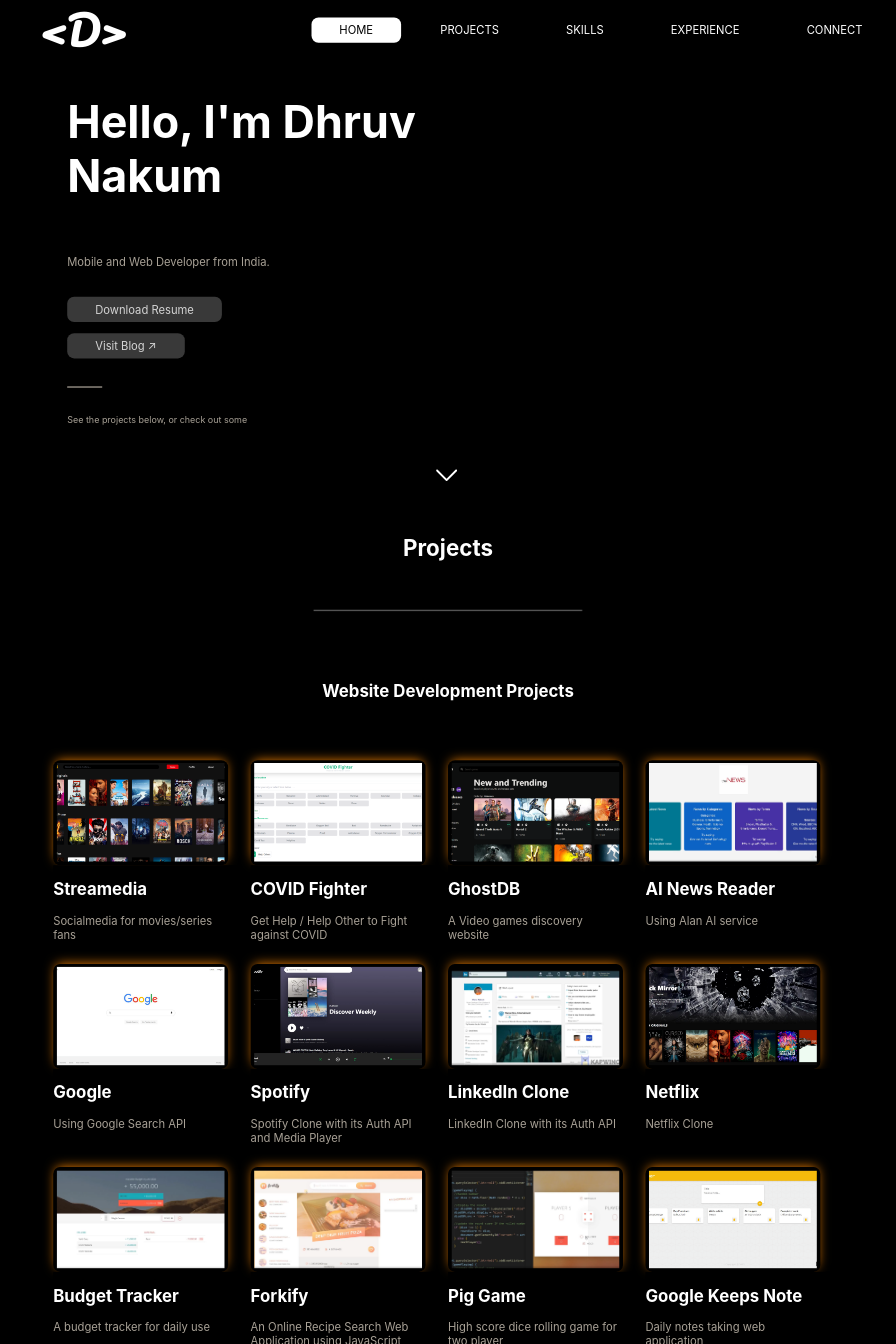
Repository: red-star25/next-portfolio
Page: /
The author's editor kept a copy of each file at every save. The page is drawn from the files as they stood at one save, then again after the next save.
The browser window is 1280 px wide. The pictures show the part of the page from y = 0 to 1920 px (the page is 5386 px tall), at 70% of full size.
The project was rebuilt for these pictures with package versions that can differ from the ones it lists, and the page was loaded fresh each time. The framework's server and built-in components were replaced by stand-ins that run in the browser.

Above is the page before, as saved 2023-11-06 11:22:06.

### styles/globals.css
@import url("https://fonts.googleapis.com/css2?family=Ubuntu&display=swap");

html,
body {
  scroll-behavior: smooth;

  padding: 0;
  margin: 0;
  font-family: -apple-system, BlinkMacSystemFont, "Ubuntu", Segoe UI, Roboto,
    Oxygen, Ubuntu, Cantarell, Fira Sans, Droid Sans, Helvetica Neue, sans-serif;
}

a {
  color: inherit;
  text-decoration: none;
}

* {
  box-sizing: border-box;
  background-color: black;
}

/* width */
::-webkit-scrollbar {
  width: 15px;
}

/* Track */
::-webkit-scrollbar-track {
  background: white;
}

/* Handle */
::-webkit-scrollbar-thumb {
  background: grey;
}

/* Handle on hover */
::-webkit-scrollbar-thumb:hover {
  background: #555;
}

### styles/App.module.css
.app {
  width: 100%;
  overflow: hidden;
}

.app__home {
  margin-top: 4em;
  height: 70vh;
  width: 100%;
  display: flex;
  align-items: center;
  justify-content: flex-start;
}

.app__scrollDownIndicator {
  display: flex;
  justify-content: center;
  align-items: center;
  padding: 1em 0;
  background-color: black;
  margin-top: 5em;
}
.app__scrollDownIndicator > img {
  height: 30px;
  width: 30px;
}

@media only screen and (max-width: 520px) {
  .app__scrollDownIndicator {
    margin-top: 1em;
  }
}

### component/Header/Header.jsx
import styles from "../../styles/Header.module.css";
import React, { useEffect, useRef, useState } from "react";
import { motion } from "framer-motion";

function Header({ isVisible }) {
  const [selectedLink, setSelectedLink] = useState("home");
  const [isMenuOpen, setIsMenuOpen] = useState(false);
  const [headerClass, setHeaderClass] = useState(styles.header);
  const [headerLogoClass, setHeaderLogoClass] = useState(styles.header__logo);

  const onLinkClicked = (linkName) => {
    if (linkName === "home") {
      window.scrollTo(0, 0);
    }
    setSelectedLink(linkName);
  };

  return (
    <div className={headerClass}>
      {headerClass === styles.header__mob ? (
        <div></div>
      ) : (
        <motion.h1
          animate={{
            x: 0,
            opacity: 1,
            transition: {
              duration: 0.5,
              type: "tween",
              delay: 0.2,
            },
          }}
          initial={{
            opacity: 0,
            x: -100,
          }}
          className={styles.header__logo}
        >
          {"<D>"}
        </motion.h1>
      )}

      <div
        onClick={() => {
          setIsMenuOpen(!isMenuOpen);
          if (headerClass === styles.header__mob) {
            setHeaderClass(styles.header);
          } else {
            setHeaderClass(styles.header__mob);
          }
          if (headerLogoClass === styles.header__logo) {
            setHeaderLogoClass(styles.header__logo__mob);
          } else {
            setHeaderLogoClass(styles.header__logo);
          }
          document
            .querySelector(".header__mobile__links")
            .classList.toggle(styles.open);
        }}
        className={`header__mobile__links ${styles.header__mobile__links} ${styles.header__logo__center} `}
      >
        <motion.img
          src={!isMenuOpen ? "/images/menu.png" : "/images/cancel.png"}
          alt=""
          animate={{
            opacity: 1,
            transition: {
              duration: 0.5,
              type: "tween",
            },
            x: 0,
          }}
          initial={{
            opacity: 0,
            x: +200,
          }}
        />
        {isMenuOpen ? (
          <div className={styles.menuLinks}>
            <ul>
              <li>
                <a
                  onClick={() => onLinkClicked("home")}
                  id={selectedLink === "home" ? styles.selectedLink : ""}
                  href="#home"
                >
                  HOME
                </a>
              </li>
              <li>
                <a
                  onClick={() => onLinkClicked("project")}
                  id={selectedLink === "project" ? styles.selectedLink : ""}
                  href="#project"
                >
                  PROJECTS
                </a>
              </li>
              <li>
                <a
                  onClick={() => onLinkClicked("skills")}
                  id={selectedLink === "skills" ? styles.selectedLink : ""}
                  href="#skills"
                >
                  SKILLS
                </a>
              </li>
              <li>
                <a
                  onClick={() => onLinkClicked("experience")}
                  id={selectedLink === "experience" ? styles.selectedLink : ""}
                  href="#experience"
                >
                  EXPERIENCE
                </a>
              </li>
              <li>
                <a
                  onClick={() => onLinkClicked("connect")}
                  id={selectedLink === "connect" ? styles.selectedLink : ""}
                  href="#connect"
                >
                  CONNECT
                </a>
              </li>
            </ul>
          </div>
        ) : (
          <div></div>
        )}
      </div>
      <div className={styles.header__links}>
        <motion.a
          animate={{
            opacity: 1,
            transition: {
              duration: 0.5,
              type: "tween",
            },
          }}
          initial={{
            opacity: 0,
          }}
          onClick={() => {
            onLinkClicked("home");
            window.scrollTo(0, 0);
          }}
          id={selectedLink === "home" ? styles.selectedLink : ""}
          href="#home"
        >
          HOME
        </motion.a>
        <motion.a
          animate={{
            opacity: 1,
            transition: {
              duration: 0.5,
              type: "tween",
              delay: 0.1,
            },
          }}
          initial={{
            opacity: 0,
          }}
          onClick={() => onLinkClicked("project")}
          id={selectedLink === "project" ? styles.selectedLink : ""}
          href="#project"
        >
          PROJECTS
        </motion.a>
        <motion.a
          animate={{
            opacity: 1,
            transition: {
              duration: 0.5,
              type: "tween",
              delay: 0.2,
            },
          }}
          initial={{
            opacity: 0,
          }}
          onClick={() => onLinkClicked("skills")}
          id={selectedLink === "skills" ? styles.selectedLink : ""}
          href="#skills"
        >
          SKILLS
        </motion.a>
        <motion.a
          animate={{
            opacity: 1,
            transition: {
              duration: 0.5,
              type: "tween",
              delay: 0.2,
            },
          }}
          initial={{
            opacity: 0,
          }}
          onClick={() => onLinkClicked("experience")}
          id={selectedLink === "experience" ? styles.selectedLink : ""}
          href="#experience"
        >
          EXPERIENCE
        </motion.a>
        <motion.a
          animate={{
            opacity: 1,
            transition: {
              duration: 0.5,
              type: "tween",
              delay: 0.3,
            },
          }}
          initial={{
            opacity: 0,
          }}
          onClick={() => onLinkClicked("connect")}
          id={selectedLink === "connect" ? styles.selectedLink : ""}
          href="#connect"
        >
          CONNECT
        </motion.a>
      </div>
    </div>
  );
}

export default Header;

### component/Home/Home.jsx
import React from "react";
import styles from "../../styles/Home.module.css";

import { motion } from "framer-motion";

function Home() {
  return (
    <div className={styles.home}>
      <motion.div
        className={styles.home__left}
        animate={{
          x: 0,
          opacity: 1,
          transition: {
            duration: 0.5,
            type: "tween",
          },
        }}
        initial={{
          opacity: 0,
          x: -100,
        }}
      >
        <div className={styles.home__title}>
          <h1>
            Hello, I'm Dhruv
            <br />
            Nakum
          </h1>
        </div>
        <div className={styles.home__subtitle}>
          <p>Mobile and Web Developer from India.</p>
        </div>
        <div style={{ marginTop: "2em" }}></div>
        <div className={styles.resume_btn}>
          <a href="https://drive.google.com/file/d/1vIg0jRUwXptqm2S09jY5MFjWA6coCvS4/view?usp=sharing" download="Dhruv's Resume" target="_blank" rel="noreferrer">Download Resume</a>
        </div>
        <div style={{ marginTop: "2em" }}></div>
        <div className={styles.blog_btn}>
          <a href="https://dhruvnakum.xyz" target="_blank" rel="noreferrer">Visit Blog ↗</a>
        </div>
        <div className={styles.separator}></div>
        <div className={styles.home__subtitle2}>
          <p>See the projects below, or check out some</p>
        </div>
      </motion.div>
      {/* <motion.div
        className={styles.home__right}
        animate={{
          opacity: 1,
          transition: {
            duration: 1,
            type: "tween",
          },
        }}
        initial={{
          opacity: 0,
        }}
      >
        <img src="/images/b&w.png" alt="" />
      </motion.div> */}
    </div>
  );
}

export default Home;

### component/Skills/Skills.jsx
import React, { useEffect } from "react";
import styles from "../../styles/Skills.module.css";
import { PieChart } from "react-minimal-pie-chart";
import Aos from "aos";
import "aos/dist/aos.css";

function Skills() {
  const skillsData = [
    {
      title: "Flutter",
      color: "#E38627",
      value: 20,
      width: "100%",
    },
    {
      title: "Dart",
      color: "#C13C37",
      value: 15,
      width: "90%",
    },
    {
      title: "React.js",
      color: "#6A2135",
      value: 10,
      width: "80%",
    },
  ];
  const skillsData2 = [
    {
      title: "Html",
      color: "#2b2e4a",
      value: 30,
      width: "100%",
    },
    {
      title: "Css",
      color: "#e84545",
      value: 30,
      width: "90%",
    },
    {
      title: "JavaScript",
      color: "#903749",
      value: 40,
      width: "90%",
    },
  ];

  useEffect(() => {
    Aos.init({ duration: 1500 });
  }, []);
  return (
    <div className={styles.skills}>
      <h1 data-aos="zoom-in">Skills</h1>
      <div data-aos="zoom-in" className={styles.skills__seperator}></div>
      <div className={styles.skills__main1}>
        <div data-aos="fade-right" className={styles.skillsMain__left}>
          {skillsData.map((skill) => {
            return (
              <div className={styles.skillMain__item}>
                <h3>{skill.title}</h3>
                <div
                  className={styles.skillMain__counter}
                  style={{ width: skill.width, backgroundColor: skill.color }}
                ></div>
              </div>
            );
          })}
        </div>
        <div data-aos="fade-left" className={styles.skillsMain__right}>
          <PieChart className={styles.pie_chart} data={skillsData} />;
        </div>
      </div>
      <div className={styles.skills__main2}>
        <div data-aos="fade-right" className={styles.skillsMain__left}>
          <PieChart className={styles.pie_chart} data={skillsData2} />;
        </div>
        <div data-aos="fade-left" className={styles.skillsMain__right}>
          {skillsData2.map((skill) => {
            return (
              <div className={styles.skillMain2__item}>
                <h3>{skill.title}</h3>
                <div
                  className={styles.skillMain__counter}
                  style={{ width: skill.width, backgroundColor: skill.color }}
                ></div>
              </div>
            );
          })}
        </div>
      </div>
    </div>
  );
}

export default Skills;

### component/Connect/Connect.jsx
import React, { useEffect } from "react";
import styles from "../../styles/Connect.module.css";
import Aos from "aos";
import "aos/dist/aos.css";
function Connect() {
  useEffect(() => {
    Aos.init({ duration: 1000 });
  }, []);
  return (
    <div className={styles.connect}>
      <h1 data-aos="zoom-in">Connect</h1>
      <div data-aos="zoom-in" className={styles.connect__seperator}></div>
      <div className={styles.connect__details}>
        <div data-aos="fade-right" className={styles.connectDetails__1}>
          <h1 id={styles.name}>DHRUV NAKUM</h1>
          <p id={styles.profession}>Mobile and Web Developer</p>
          <span id={styles.residency}>• India</span>
        </div>
        <div data-aos="fade-right" className={styles.connectDetails__2}>
          <p id={styles.connectText}>
            If you are thinking about hiring me or would like to discuss a
            project, get in touch with me at
          </p>
          <p id={styles.email}>nakumdhruv123@gmail.com</p>
        </div>
        <div className={styles.connect__social}>
          <a
            href="https://www.linkedin.com/in/dhruv-nakum-4b1054176/"
            target="_blank"
          >
            LINKED IN
          </a>
          <p>/</p>

          <a href="https://twitter.com/dhruv_nakum" target="_blank">
            TWITTER
          </a>
          <p>/</p>

          <a href="https://github.com/red-star25" target="_blank">
            GITHUB
          </a>
        </div>
      </div>
    </div>
  );
}

export default Connect;

### styles/Header.module.css
@import url("https://fonts.googleapis.com/css2?family=Pacifico&display=swap");

.header {
  display: flex;
  justify-content: space-between;
  align-items: center;
  width: 100%;
  height: 12vh;
  position: fixed;
  background-color: transparent;
  z-index: 99;
}

h1.header__logo {
  color: white;
  font-size: 3.5rem;
  margin-left: 1em;
  font-family: "Pacifico", cursive;
  background-color: transparent;
}

.header__links {
  background-color: transparent;
}

.header__links > a {
  width: fit-content;
  text-decoration: none;
  color: white;
  padding: 0.5em 2.5em;
  margin: 0 0.5em;
  transition: 0.5s;
  background-color: transparent;
  border-radius: 10px;
}

.header__links :hover {
  background-color: white;
  color: black;
  border-radius: 10px;
}

#selectedLink {
  background-color: white;
  color: black;
}

.header__mobile__links {
  display: none;
}

@media only screen and (max-width: 520px) {
  h1.header__logo {
    font-size: 3.5rem;
  }
  .header {
    z-index: unset;
  }
}

@media only screen and (max-width: 880px) {
  .header {
    position: unset;
    z-index: unset;
  }
  .header__mob {
    margin-left: -1em;
    margin-top: -1em;
    height: 100vh;
    flex-direction: column;
    display: flex;
    justify-content: center;
    align-items: center;
    width: 100%;
  }

  .header__mobile__links {
    display: flex;
    justify-content: center;
    align-items: center;
    width: 100%;
    flex-direction: column;
    clip-path: circle(100px at 90% -10%);
    -webkit-clip-path: circle(100px at 90% -10%);
    transition: all 1s ease-out;
  }

  .header__mobile__links.open {
    clip-path: circle(1000px at 90% -10%);
    -webkit-clip-path: circle(1000px at 90% -10%);
  }

  .menuLinks > ul {
    list-style-type: none;
  }

  .menuLinks li {
    color: white;
    font-size: 1rem;
    text-align: center;
    margin: 4.5em 0px;
    transition: 0.3s;
  }

  .menuLinks > ul > li :hover {
    color: black;
    background-color: white;
  }

  .header__logo__center > img {
    align-self: flex-end;
    margin-right: 5em;
  }

  .header__logo__mob {
    display: none;
  }

  .header__mobile__links > img {
    height: 30px;
    width: 30px;
  }

  .header__links {
    display: none;
  }

  #selectedLink {
    background-color: white;
    color: black;
    margin: 0em 2em;
    border-radius: 10px;
  }

  .menuLinks a {
    width: fit-content;
    text-decoration: none;
    color: white;
    padding: 0.2em 2em;
    margin: 0 0.5em;
    transition: 0.5s;
    background-color: black;
    border-radius: 10px;
    font-size: 2rem;
  }
}

### styles/Home.module.css
.home {
  margin: 5em 0em 0em 5em;
  padding: 1em;
  display: flex;
  height: 100%;
  width: 100%;
}

.home__title > h1 {
  color: white;
  font-size: 4em;
}

.home__subtitle > p {
  padding-top: 1em;
  color: #a8a196;
}

.home__subtitle2 > p {
  padding-top: 2em;
  color: #a8a196;
  font-size: 0.8rem;
}

.separator {
  margin-top: 3em;
  border-top: 2px solid #a8a196;
  width: 50px;
}

.home__left {
  height: 100%;
  display: flex;
  width: 50%;
  align-items: flex-start;
  justify-content: center;
  flex-direction: column;
}
.home__right {
  width: 50%;
  display: flex;
  align-items: center;
  justify-content: center;
}

.home__right > img {
  width: 50%;
  border-radius: 150px;
}

.resume_btn > a {
  width: fit-content;
  text-decoration: none;
  color: rgba(255, 255, 255, 0.786);
  padding: 0.5em 2.5em;
  transition: 0.5s;
  background-color: rgba(245, 245, 245, 0.233);
  border-radius: 10px;
}

.resume_btn :hover {
  background-color: white;
  color: black;
  border-radius: 10px;
  cursor: pointer;
}
.blog_btn > a {
  width: fit-content;
  text-decoration: none;
  color: rgba(255, 255, 255, 0.786);
  padding: 0.5em 2.5em;
  transition: 0.5s;
  background-color: rgba(245, 245, 245, 0.233);
  border-radius: 10px;
}

.blog_btn :hover {
  background-color: white;
  color: black;
  border-radius: 10px;
  cursor: pointer;
}

@media only screen and (max-width: 520px) {
  .home {
    margin-left: 3em;
    margin-top: -3em;
  }

  .home__left {
    width: 100%;
  }

  .home__right {
    display: none;
  }
}

@media only screen and (max-width: 880px) {
  .home__left {
    width: 100%;
  }

  .home__right {
    display: none;
  }
}

### styles/Project.module.css
.project {
  display: flex;
  flex-direction: column;
  align-items: center;
  justify-content: center;
}

.project > h1 {
  padding-top: 1em;
  color: white;
  align-self: center;
}

.projectCard {
  height: 150px;
  width: 250px;
  border-radius: 10px;
  padding: 0.3em;
  margin-right: 2em;
  /* margin-bottom: 1em; */
  -webkit-box-shadow: 0px -3px 17px -4px rgba(255, 136, 0, 1);
  -moz-box-shadow: 0px -3px 17px -4px rgba(255, 136, 0, 1);
  box-shadow: 0px -3px 17px -4px rgba(255, 136, 0, 1);
}

.project__seperator {
  width: 30%;
  border-top: 1px solid white;
  margin-top: 3em;
  margin-bottom: 5em;
}

.project__listOfProject {
  margin-top: 4em;
  display: flex;
  flex-wrap: wrap;
  justify-content: center;
}

.project__web,
.project__mobile > h2 {
  color: white;
}

.project__web {
  display: flex;
  flex-direction: column;
  justify-content: center;
  align-items: center;
  width: 90%;
}

.project__mobile {
  margin-top: 5em;
  width: 90%;
  display: flex;
  flex-direction: column;
  justify-content: center;
  align-items: center;
}

.projectCard__main {
  margin-bottom: 1em;
  display: flex;
  flex-direction: column;
}

.projectCard__title > h2 {
  color: white;
  width: 250px;
}

.projectCard__subTitle {
  color: #a8a196;
  width: 250px;
  margin-top: -1em;
}

### styles/Skills.module.css
.skills {
  display: flex;
  flex-direction: column;
  align-items: center;
  justify-content: center;
  margin-top: 5em;
  margin-bottom: 10em;
  margin-left: auto;
  margin-right: auto;
  width: 80%;
}

.skills > h1 {
  color: white;
}

.skills__seperator {
  width: 30%;
  border-top: 1px solid white;
  margin-top: 3em;
  margin-bottom: 5em;
}

.skillMain__item {
  padding-bottom: 2em;
  display: flex;
  flex-direction: column;
  width: 100%;
}

.skillMain2__item {
  align-items: flex-end;
  padding-bottom: 2em;
  display: flex;
  flex-direction: column;
  width: 100%;
}

.skillMain__item > h3,
.skillMain2__item > h3 {
  color: white;
  margin-bottom: 2em;
}

.skills__main1,
.skills__main2 {
  display: flex;
  width: 100%;
}

.skills__main2 {
  margin-top: 5em;
}

.skillsMain__left {
  width: 50%;
  margin: auto;
}
.skillsMain__right {
  width: 50%;
  margin: auto;
}
.skillMain__counter {
  height: 10px;
  width: 70%;
  background-color: red;
  border-radius: 10px;
}

.pie_chart {
  width: 100%;
  height: 280px;
}

@media only screen and (max-width: 720px) {
  .pie_chart {
    height: 200px;
  }
}
@media only screen and (max-width: 520px) {
  .skills__main1,
  .skills__main2 {
    display: flex;
    flex-direction: column;
  }

  .skills__main1 {
    flex-direction: column-reverse;
  }

  .skillsMain__left,
  .skillsMain__right {
    width: 70%;
  }

  .skillMain2__item {
    align-items: flex-start;
  }
  .skills {
    width: 100%;
  }
}

### styles/Connect.module.css
.connect {
  display: flex;
  flex-direction: column;
  width: 90%;
  margin: auto;
}

.connect > h1 {
  color: white;
  align-self: center;
}

.connect__seperator {
  width: 30%;
  align-self: center;
  border-top: 1px solid white;
  margin-top: 3em;
  margin-bottom: 5em;
}

#name {
  color: white;
  padding-bottom: 0.7em;
}
#profession {
  color: #a8a196;
  padding-bottom: 0.5em;
}

#residency {
  font-size: small;
  margin-top: 2em;
  color: #a8a196;
}

.connectDetails__1,
.connectDetails__2 {
  margin-bottom: 5em;
  margin-left: 5em;
}

#connectText {
  color: #a8a196;
  width: 30%;
  margin-bottom: 1em;
}

#email,
#mobile {
  color: white;
  font-weight: bold;
}

.connect__social {
  margin-bottom: 5em;
  display: flex;
  margin-left: 5em;
}

.connect__social > a {
  text-decoration: none;
  color: white;
  font-size: small;
}

.connect__social > p {
  margin: 0px 2em;
  color: #a8a196;
  font-size: smaller;
}

@media only screen and (max-width: 520px) {
  #connectText {
    width: 90%;
  }

  .connectDetails__1,
  .connectDetails__2 {
    margin-left: 3em;
  }

  .connect__social > p {
    margin: 0px 1em;
  }
  .connect__social {
    margin-left: 3em;
  }
}

### styles/Experience.module.css
.experience {
  display: flex;
  flex-direction: column;
  align-items: center;
  justify-content: center;
  margin-top: 5em;
  margin-bottom: 10em;
  margin-left: auto;
  margin-right: auto;
  width: 80%;
  color: white;
  list-style: none;
}

.experience > h1 {
  color: white;
}

.experience__seperator {
  width: 30%;
  border-top: 1px solid white;
  margin-top: 3em;
  margin-bottom: 5em;
}

.experience__data {
  display: flex;
}

.experience__data > ul {
  list-style: none;
}

.company__position {
  font-weight: bold;
  font-size: large;
  margin-bottom: 0.5em;
  color: antiquewhite;
}

.company__duration {
  color: gainsboro;
  font-size: smaller;
  margin-top: 0.5em;
}

@media only screen and (max-width: 520px) {
  .experience__data {
    flex-direction: column;
  }
}

@media only screen and (max-width: 720px) {
  .experience__data {
    flex-direction: column;
  }
}

Loaded but not shown: pages/_app.js (common file); component/Experience/Experience.js (47 lines, source omitted); pages/index.js (43 lines, source omitted); component/Project/Project.jsx (218 lines, source omitted)

After the next save:
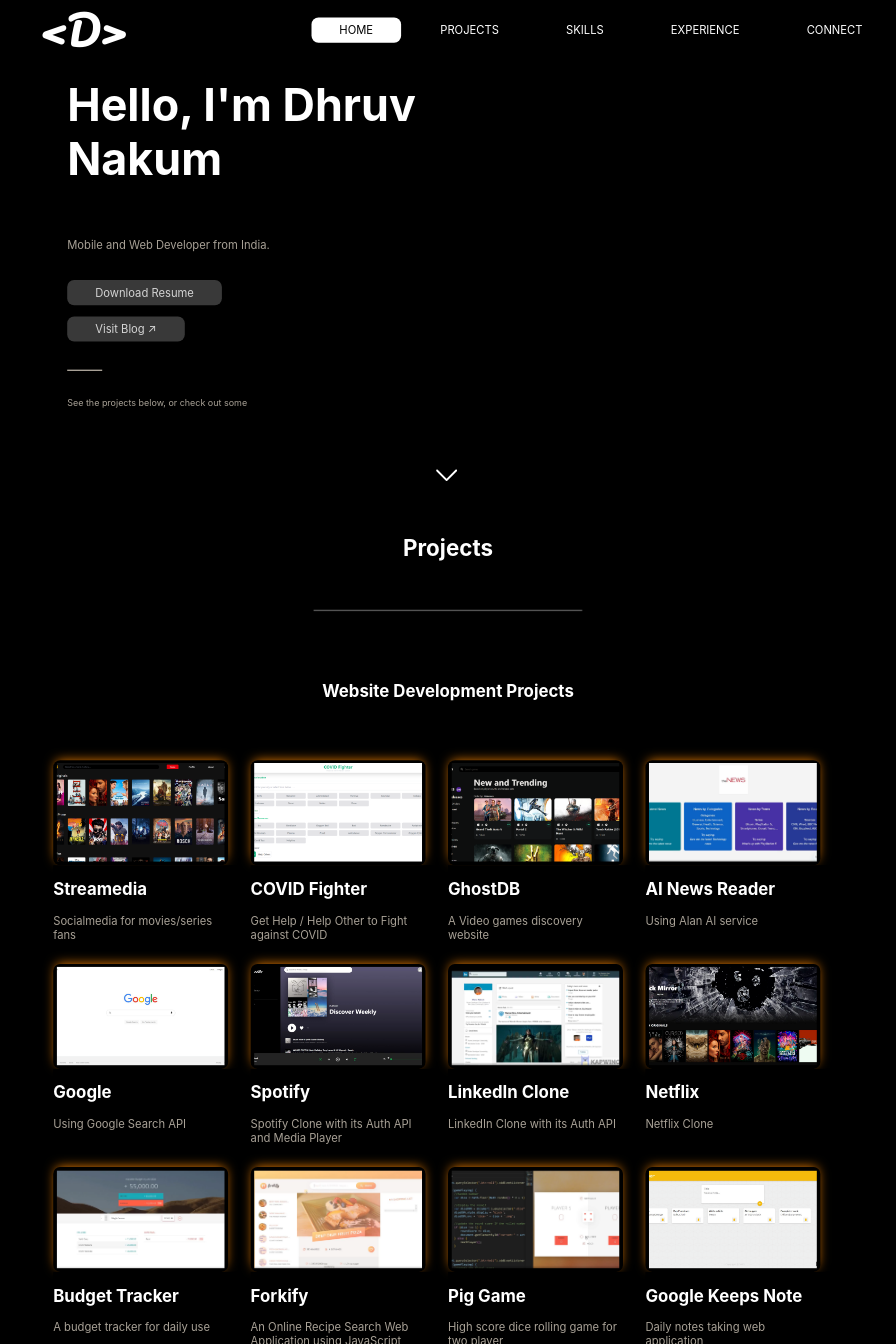
Saved 38 s later.
--- a/styles/Home.module.css
+++ b/styles/Home.module.css
@@ -1,5 +1,5 @@
 .home {
-  margin: 5em 0em 0em 5em;
+  margin: 2em 0em 0em 5em;
   padding: 1em;
   display: flex;
   height: 100%;
